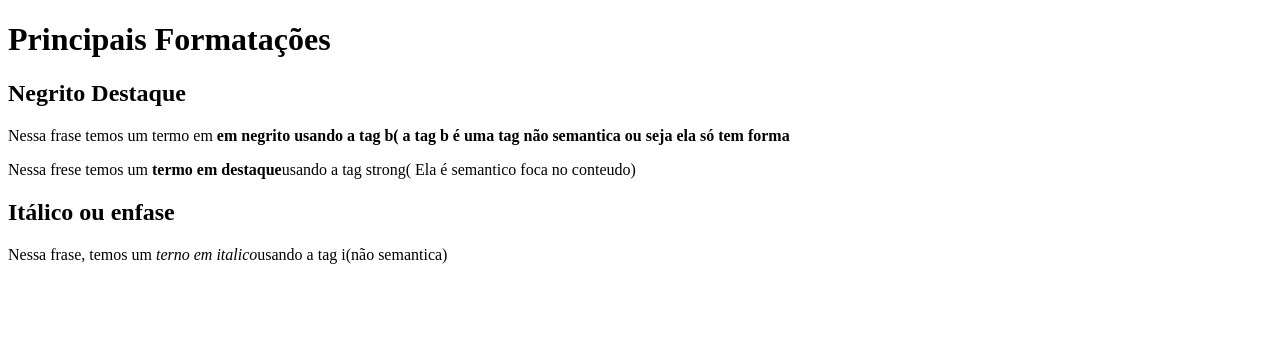
Repository: Guillermomarcon/exercicios
Page: ex008/index.html
These files come from the project's save history. The page is drawn as it stood at one moment and after the next save; the edit follows.
The browser window is 1280 px wide. The pictures show the whole page.

Above is the page before, as saved 2020-12-08 01:39:45.

### ex008/index.html
<!DOCTYPE html>
<html lang="pt-br">
<head>
    <meta charset="UTF-8">
    <meta name="viewport" content="width=device-width, initial-scale=1.0">
    <title>Formatação de Textos</title>
</head>
<body>
    <h1>Principais Formatações</h1>
    <h2>Negrito Destaque</h2>
    <p>Nessa frase temos um termo em <b>em negrito usando a tag b( a tag b é uma tag não semantica ou seja ela só tem forma</b> </p>
    <p>Nessa frese temos um <strong>termo em destaque</strong>usando a tag strong( Ela é semantico foca no conteudo) </p>
    <h2>Itálico ou enfase</h2>
    <p>Nessa frase, temos um <i>terno em italico</i>usando a tag i(não semantica) </p>




</body>
</html>

After the next save:
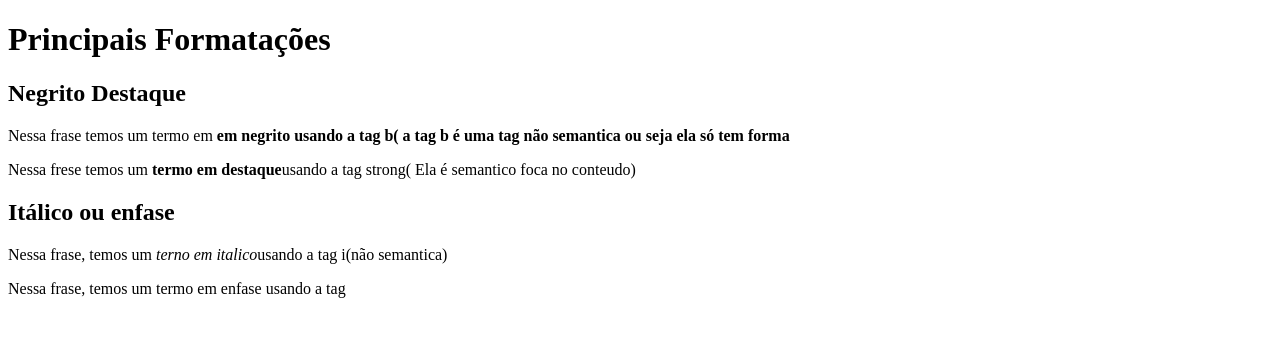
Saved 64 s later.
--- a/ex008/index.html
+++ b/ex008/index.html
@@ -12,6 +12,7 @@
     <p>Nessa frese temos um <strong>termo em destaque</strong>usando a tag strong( Ela é semantico foca no conteudo) </p>
     <h2>Itálico ou enfase</h2>
     <p>Nessa frase, temos um <i>terno em italico</i>usando a tag i(não semantica) </p>
+    Nessa frase, temos um termo em enfase usando a tag
 
 
 
